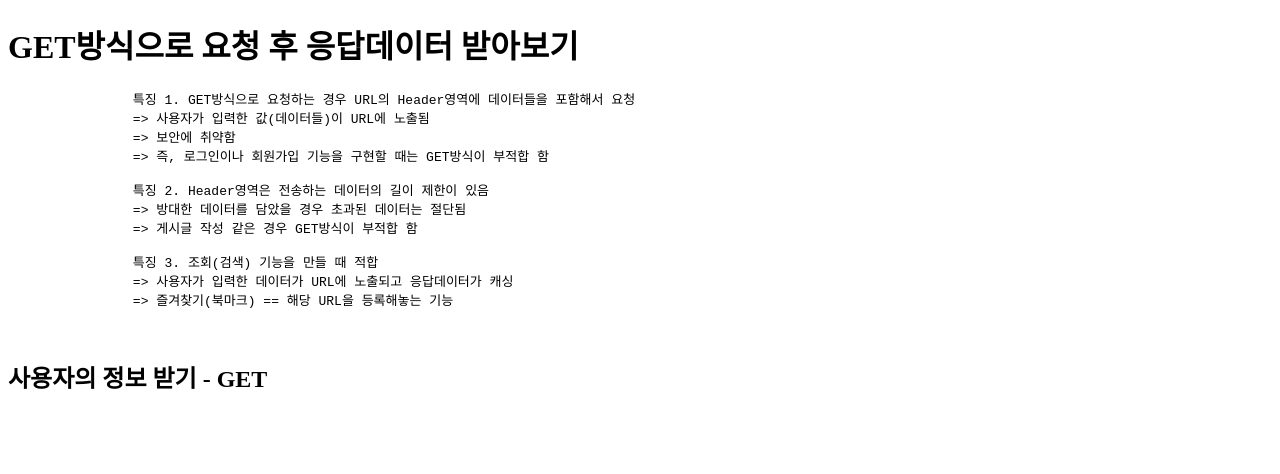
Repository: Rostreaca/0922_Web
Page: MyFirstWebProject/src/main/webapp/views/request_get.html
An editor plug-in stored every save of this project. The page is shown before and after the next save, followed by the edit.
The browser window is 1280 px wide. The pictures show the whole page.

Above is the page before, as saved 2025-09-22 07:49:43.

### MyFirstWebProject/src/main/webapp/views/request_get.html
<!DOCTYPE html>
<html>
<head>
<meta charset="UTF-8">
<title>Get 방식 요청 테스트</title>
<style>
	ul {
		list-style : none;
		line-height : 200%;
	}
</style>
</head>
<body>
	<h1>GET방식으로 요청 후 응답데이터 받아보기</h1>

	<pre>
		특징 1. GET방식으로 요청하는 경우 URL의 Header영역에 데이터들을 포함해서 요청
		=> 사용자가 입력한 값(데이터들)이 URL에 노출됨
		=> 보안에 취약함
		=> 즉, 로그인이나 회원가입 기능을 구현할 때는 GET방식이 부적합 함

		특징 2. Header영역은 전송하는 데이터의 길이 제한이 있음
		=> 방대한 데이터를 담았을 경우 초과된 데이터는 절단됨
		=> 게시글 작성 같은 경우 GET방식이 부적합 함

		특징 3. 조회(검색) 기능을 만들 때 적합
		=> 사용자가 입력한 데이터가 URL에 노출되고 응답데이터가 캐싱
		=> 즐겨찾기(북마크) == 해당 URL을 등록해놓는 기능

	</pre>

	<h2> 사용자의 정보 받기 - GET </h2>





</body>
</html>

After the next save:
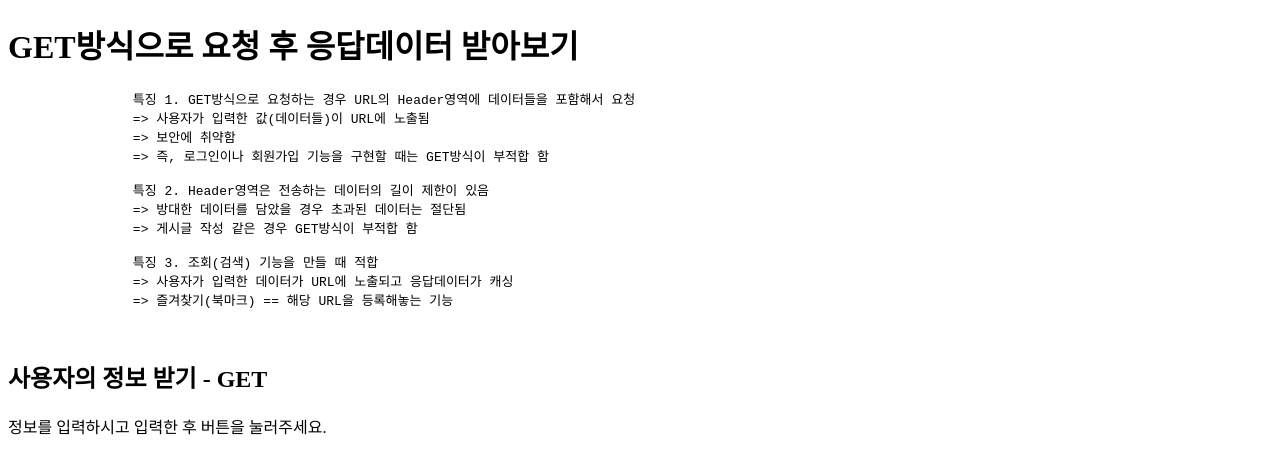
Saved 16 min 18 s later.
--- a/MyFirstWebProject/src/main/webapp/views/request_get.html
+++ b/MyFirstWebProject/src/main/webapp/views/request_get.html
@@ -30,7 +30,7 @@
 	</pre>
 
 	<h2> 사용자의 정보 받기 - GET </h2>
-
+	<p>정보를 입력하시고 입력한 후 버튼을 눌러주세요.</p>
 
 
 
